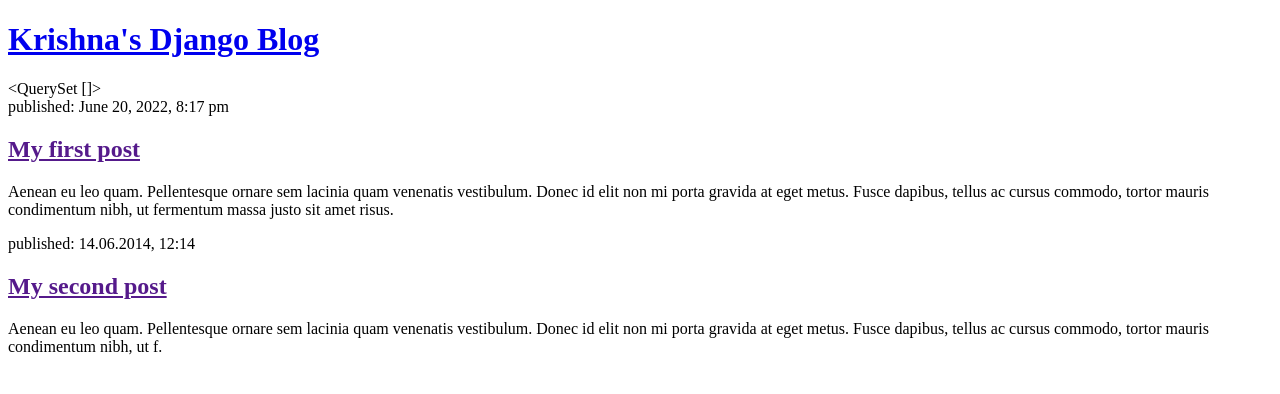
Repository: Krishna-bansall/django-blog
Page: http://localhost/
An editor plug-in stored every save of this project. The page is shown before and after the next save, followed by the edit.
The browser window is 1280 px wide. The pictures show the whole page.
The page is served by the project's application, run on Django 3.2 (manage.py). The page reads the database file committed with the project.

Above is the page before, as saved 2022-06-20 23:02:56.

After the next save:
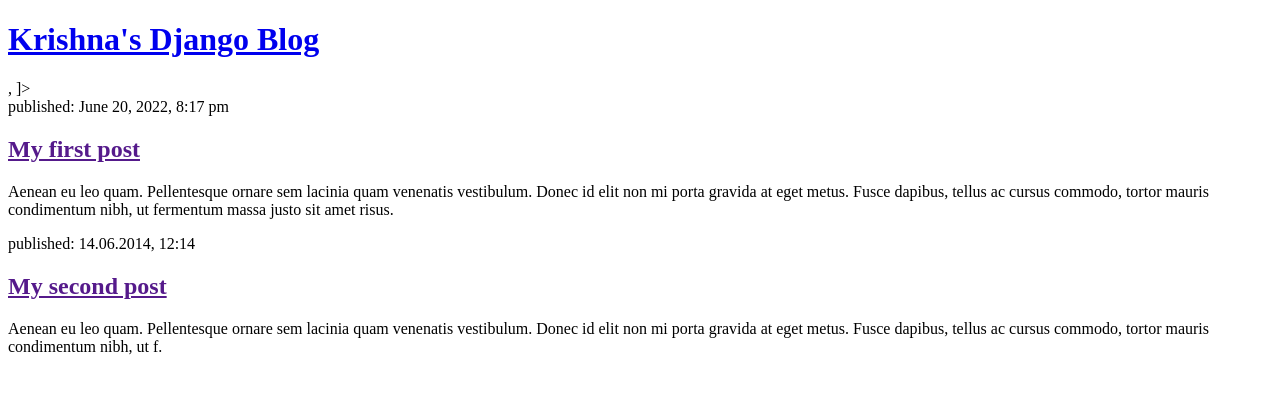
Saved 24 s later.
--- a/blog/templates/blog/post_list.html
+++ b/blog/templates/blog/post_list.html
@@ -9,7 +9,8 @@
 	<body>
 		<header>
 			<h1><a href="/">Krishna's Django Blog</a></h1>
-			{{posts}}
+            <QuerySet [<Post: My second post>, <Post: My first post>]>
+
 		</header>
 
 		<article>
